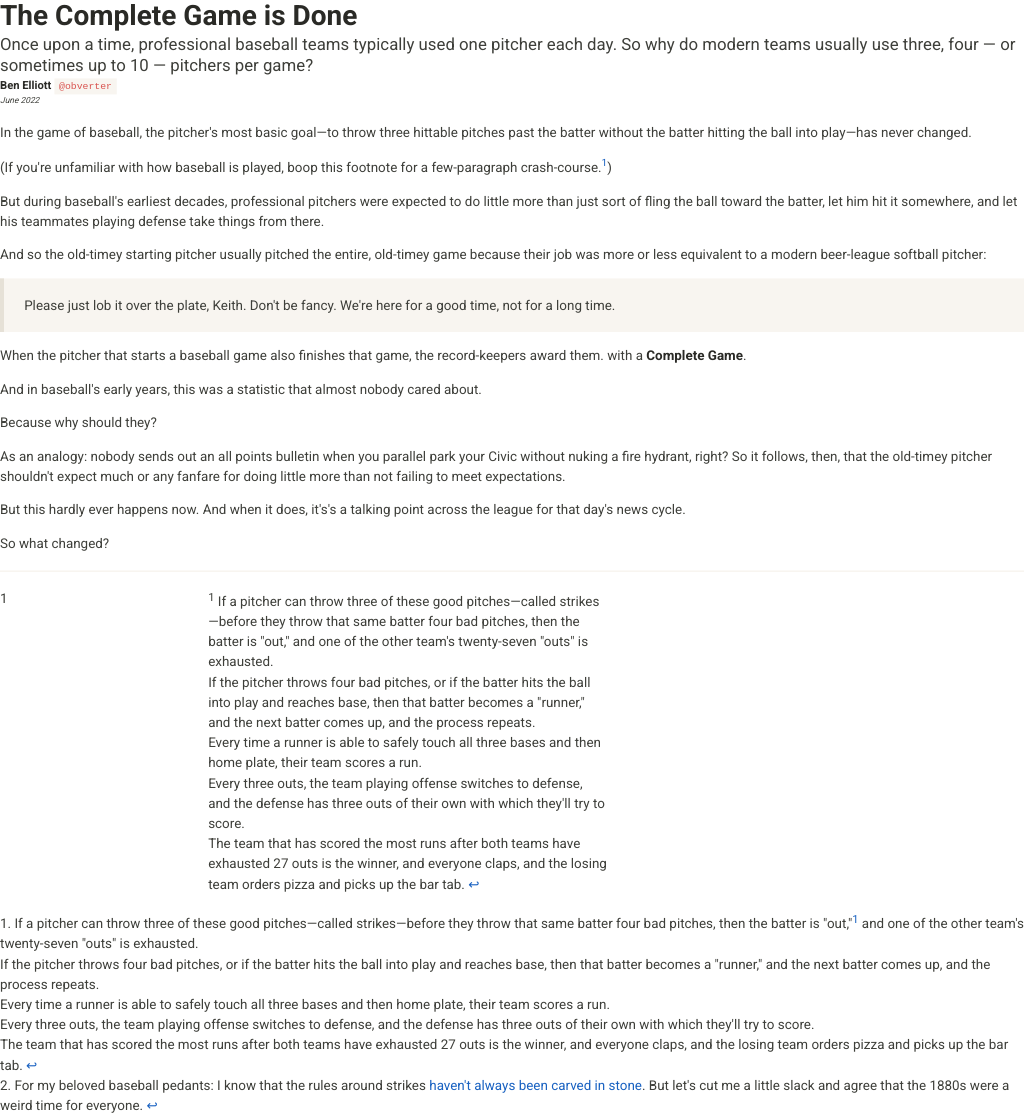
Repository: obverter/complete-games-are-done
Page: index.html
An editor plug-in stored every save of this project. The page is shown before and after the next save, followed by the edit.
The browser window is 1280 px wide. The page is 1291 px wide, so the pictures cover 1291 px, including what lies to the right of the window. The pictures show the whole page, at 80% of full size.

Above is the page before, as saved 2022-06-25 07:54:01.

### index.html
<!DOCTYPE html>
<html>
    <head>
        <meta charset="utf-8" />
        <meta name="viewport" content="width=device-width, initial-scale=1" />
        <title>Complete Games Are Done</title>
        <!-- todo: Title above is the text in the browser tab. -->
        <link rel="stylesheet" href="docs/bulmaswap.min.css" />
    </head>

    <body>
        <h1 class="title is-2">The Complete Game is Done</h1>
        <!-- todo: Title above is the Content title. -->
        <p class="subtitle is-4">
            Once upon a time, professional baseball teams typically used one
            pitcher each day. So why do modern teams usually use three, four —
            or sometimes up to 10 — pitchers per game?
            <!-- todo: Subtitle above is the Content subtitle. -->
        </p>

        <h6 class="title is-6">Ben Elliott <code>@obverter</code></h6>
        <h6 class="subtitle is-7"><em>June 2022</em></h6>
        <div class="content">
            <p>
                In the game of baseball, the pitcher's most basic goal—to throw
                three hittable pitches past the batter without the batter
                hitting the ball into play—has never changed.
            </p>
            <p>
                (If you're unfamiliar with how baseball is played, boop this
                footnote for a few-paragraph crash-course.<sup
                    ><a href="#fn1" id="ref1">1</a></sup
                >)
            </p>
            <p>
                But during baseball's earliest decades, professional pitchers
                were expected to do little more than just sort of fling the ball
                toward the batter, let him hit it somewhere, and let his
                teammates playing defense take things from there.
            </p>
            <p>
                And so the old-timey starting pitcher usually pitched the
                entire, old-timey game because their job was more or less
                equivalent to a modern beer-league softball pitcher:
            </p>
            <blockquote>
                Please just lob it over the plate, Keith. Don't be fancy. We're
                here for a good time, not for a long time.
            </blockquote>
            <p>
                When the pitcher that starts a baseball game also finishes that
                game, the record-keepers award them. with a
                <strong>Complete Game</strong>.
            </p>
            <p>
                And in baseball's early years, this was a statistic that almost
                nobody cared about.
            </p>
            <p>Because why should they?</p>
            <p>
                As an analogy: nobody sends out an all points bulletin when you
                parallel park your Civic without nuking a fire hydrant, right?
                So it follows, then, that the old-timey pitcher shouldn't expect
                much or any fanfare for doing little more than not failing to
                meet expectations.
            </p>
            <p>
                But this hardly ever happens now. And when it does, it's's a
                talking point across the league for that day's news cycle.
            </p>
            <p>So what changed?</p>
        </div>
        <hr />
        <!-- todo: FOOTNOTES -->
        <div class="columns">
            <div class="column is-one-fifth">1</div>
            <!-- todo: ↘ FOOTNOTES GO HERE ↙ -->
            <div class="column is-two-fifths">
                <p>
                    <sup>1</sup> If a pitcher can throw three of these good pitches—called
                    strikes—before they throw that same batter four bad pitches,
                    then the batter is "out," and one of the other team's
                    twenty-seven "outs" is exhausted.
                </p>
                <p>
                    If the pitcher throws four bad pitches, or if the batter
                    hits the ball into play and reaches base, then that batter
                    becomes a "runner," and the next batter comes up, and the
                    process repeats.
                </p>
                <p>
                    Every time a runner is able to safely touch all three bases
                    and then home plate, their team scores a run.
                </p>
                <p>
                    Every three outs, the team playing offense switches to
                    defense, and the defense has three outs of their own with
                    which they'll try to score.
                </p>
                <p>
                    The team that has scored the most runs after both teams have
                    exhausted 27 outs is the winner, and everyone claps, and the
                    losing team orders pizza and picks up the bar tab.
                    <a href="#ref1" title="Jump back to footnote 1 in the text."
                        >↩</a
                    >
                </p>
            </div>

            <!-- <div class="column">3</div>
            <div class="column">4</div>
            <div class="column">5</div> -->
        </div>
        <sup id="fn1"></sup>
        <p>
            1. If a pitcher can throw three of these good pitches—called
            strikes—before they throw that same batter four bad pitches, then
            the batter is "out,"<sup><a href="#fn2" id="ref1">1</a></sup>
            and one of the other team's twenty-seven "outs" is exhausted.
        </p>
        <p>
            If the pitcher throws four bad pitches, or if the batter hits the
            ball into play and reaches base, then that batter becomes a
            "runner," and the next batter comes up, and the process repeats.
        </p>
        <p>
            Every time a runner is able to safely touch all three bases and then
            home plate, their team scores a run.
        </p>
        <p>
            Every three outs, the team playing offense switches to defense, and
            the defense has three outs of their own with which they'll try to
            score.
        </p>
        <p>
            The team that has scored the most runs after both teams have
            exhausted 27 outs is the winner, and everyone claps, and the losing
            team orders pizza and picks up the bar tab.
            <a href="#ref1" title="Jump back to footnote 1 in the text.">↩</a>
            <br />
            <sup id="fn2">
                <p>
                    2. For my beloved baseball pedants: I know that the rules
                    around strikes
                    <a
                        strong
                        href="https://www.baseball-almanac.com/articles/strike_zone_rules_history.shtml"
                        >haven't always been carved in stone</a
                    >. But let's cut me a little slack and agree that the 1880s
                    were a weird time for everyone.
                    <a href="#ref2" title="Jump back to footnote 2 in the text."
                        >↩</a
                    >
                </p></sup
            >
        </p>
    </body>
</html>

Loaded but not shown: docs/bulmaswap.min.css (library)

After the next save:
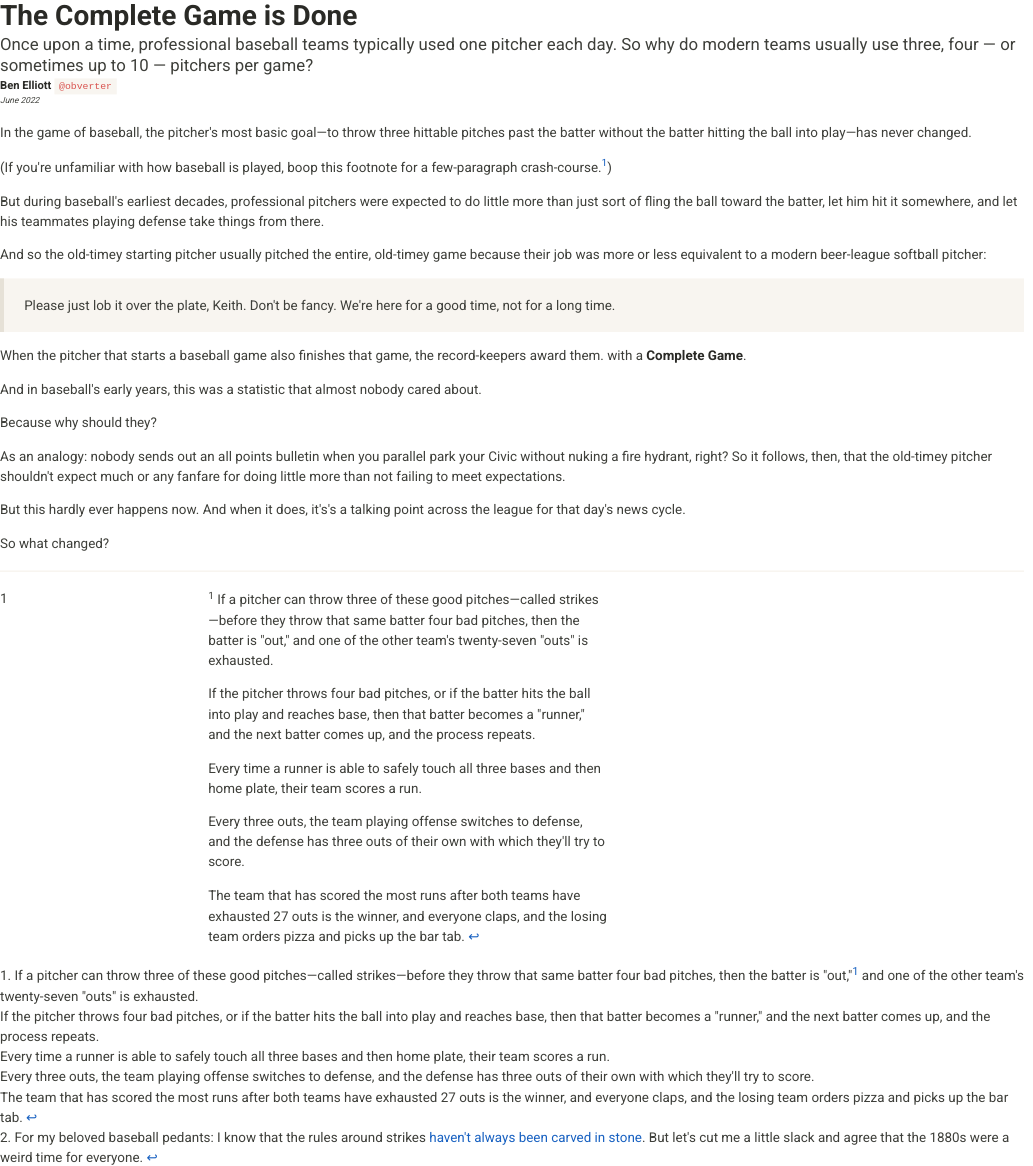
Saved 42 s later.
--- a/index.html
+++ b/index.html
@@ -69,10 +69,9 @@
                 talking point across the league for that day's news cycle.
             </p>
             <p>So what changed?</p>
-        </div>
-        <hr />
-        <!-- todo: FOOTNOTES -->
-        <div class="columns">
+            <hr />
+            <!-- todo: FOOTNOTES -->
+            <div class="columns">
             <div class="column is-one-fifth">1</div>
             <!-- todo: ↘ FOOTNOTES GO HERE ↙ -->
             <div class="column is-two-fifths">
@@ -102,10 +101,11 @@
                     exhausted 27 outs is the winner, and everyone claps, and the
                     losing team orders pizza and picks up the bar tab.
                     <a href="#ref1" title="Jump back to footnote 1 in the text."
-                        >↩</a
+                    >↩</a
                     >
                 </p>
             </div>
+        </div>
 
             <!-- <div class="column">3</div>
             <div class="column">4</div>
